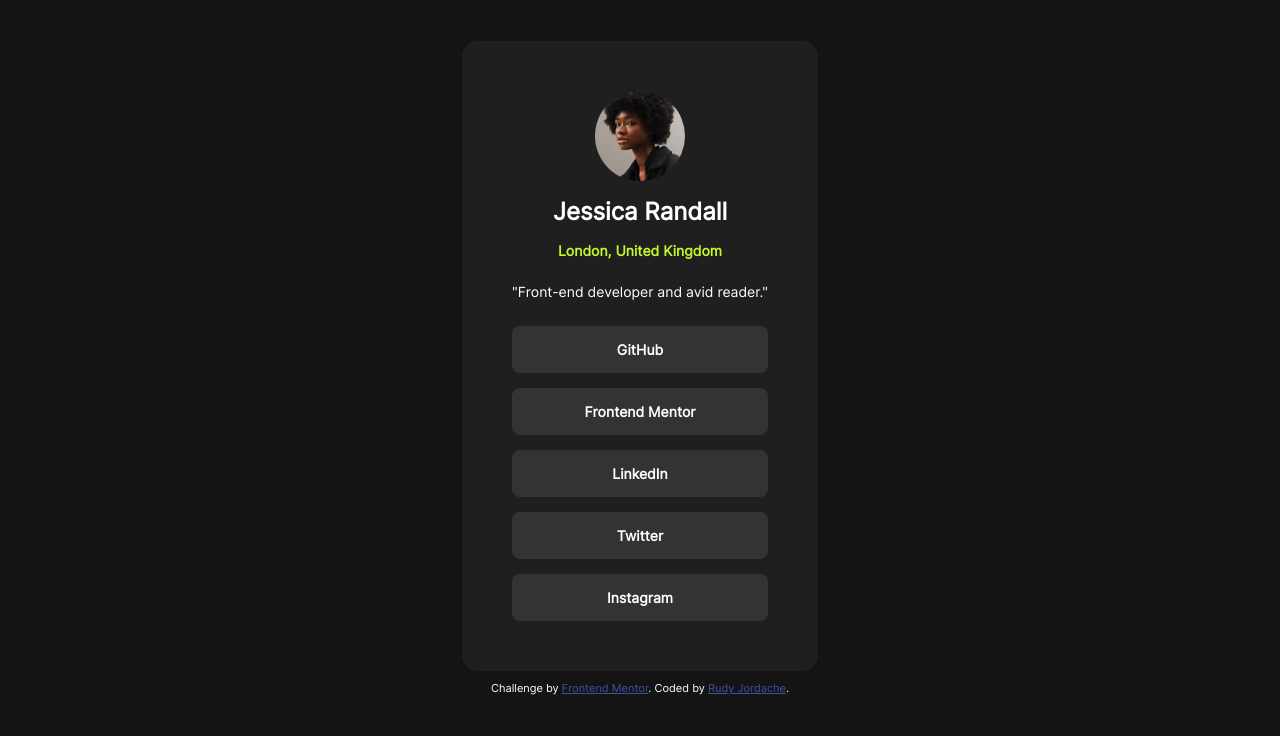
Repository: RudyJ/social-links-profile
Page: index.html
An editor plug-in stored every save of this project. The page is shown before and after the next save, followed by the edit.
The browser window is 1280 px wide. The pictures show the whole page.

Above is the page before, as saved 2024-04-02 20:17:47.

After the next save:
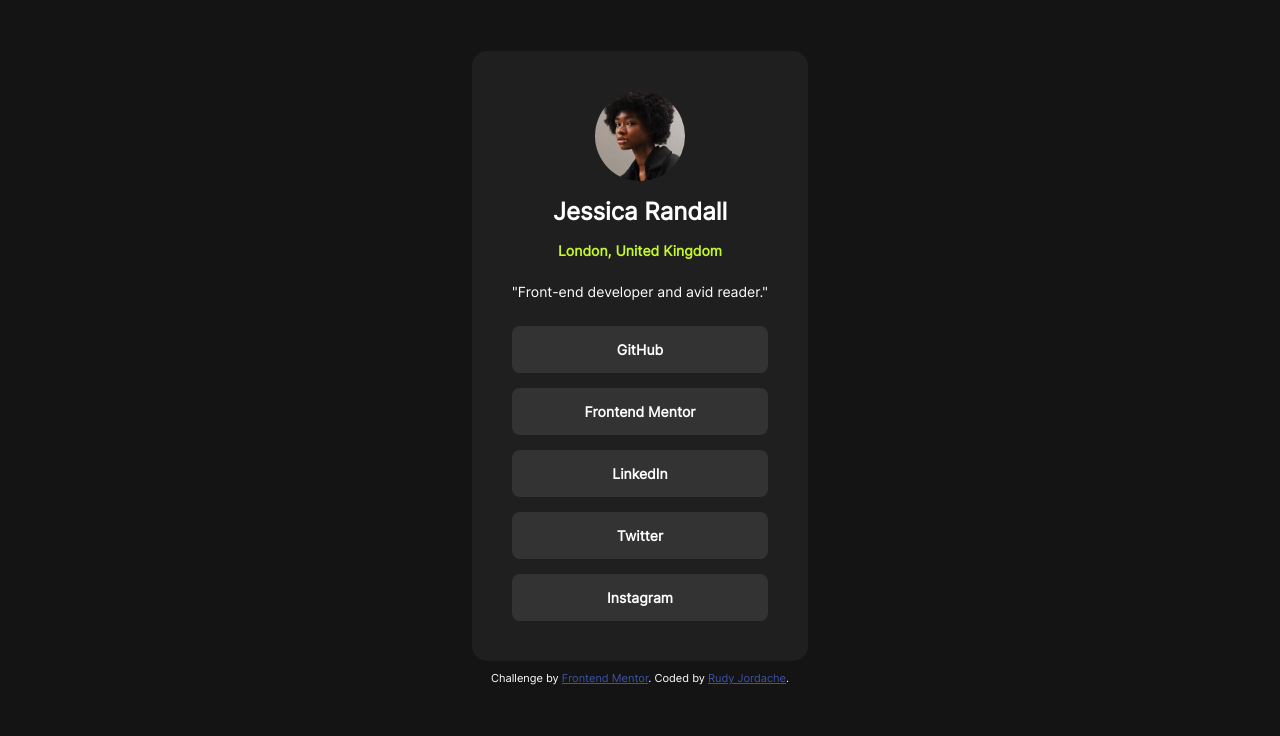
Saved 72 s later.
--- a/assets/css/style.css
+++ b/assets/css/style.css
@@ -22,7 +22,7 @@ body {
 
 body .card {
     background-color: hsl(0, 0%, 12%);
-    padding:  50px 50px 35px 50px;
+    padding:  40px 40px 25px 40px;
     box-sizing: border-box;
     border-radius: 15px;
     text-align: center;
